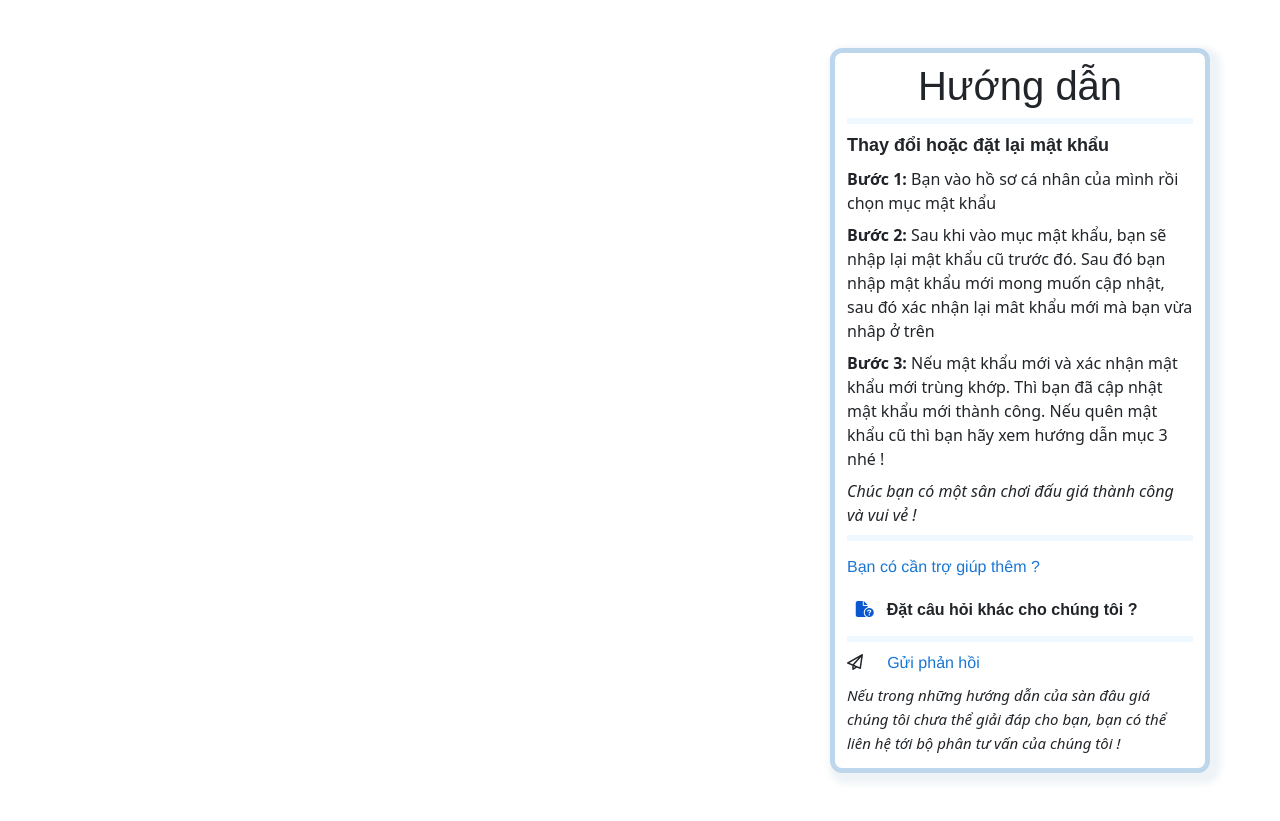
Repository: SonPhamThe/C0622G1-module5
Page: prototype--module6/guides/guide2.html
The author's editor kept a copy of each file at every save. The page is drawn from the files as they stood at one save, then again after the next save.
The browser window is 1280 px wide. The pictures show the whole page.
Some web libraries are served in a nearby version.

Above is the page before, as saved 2022-12-07 15:38:19.

After the next save:
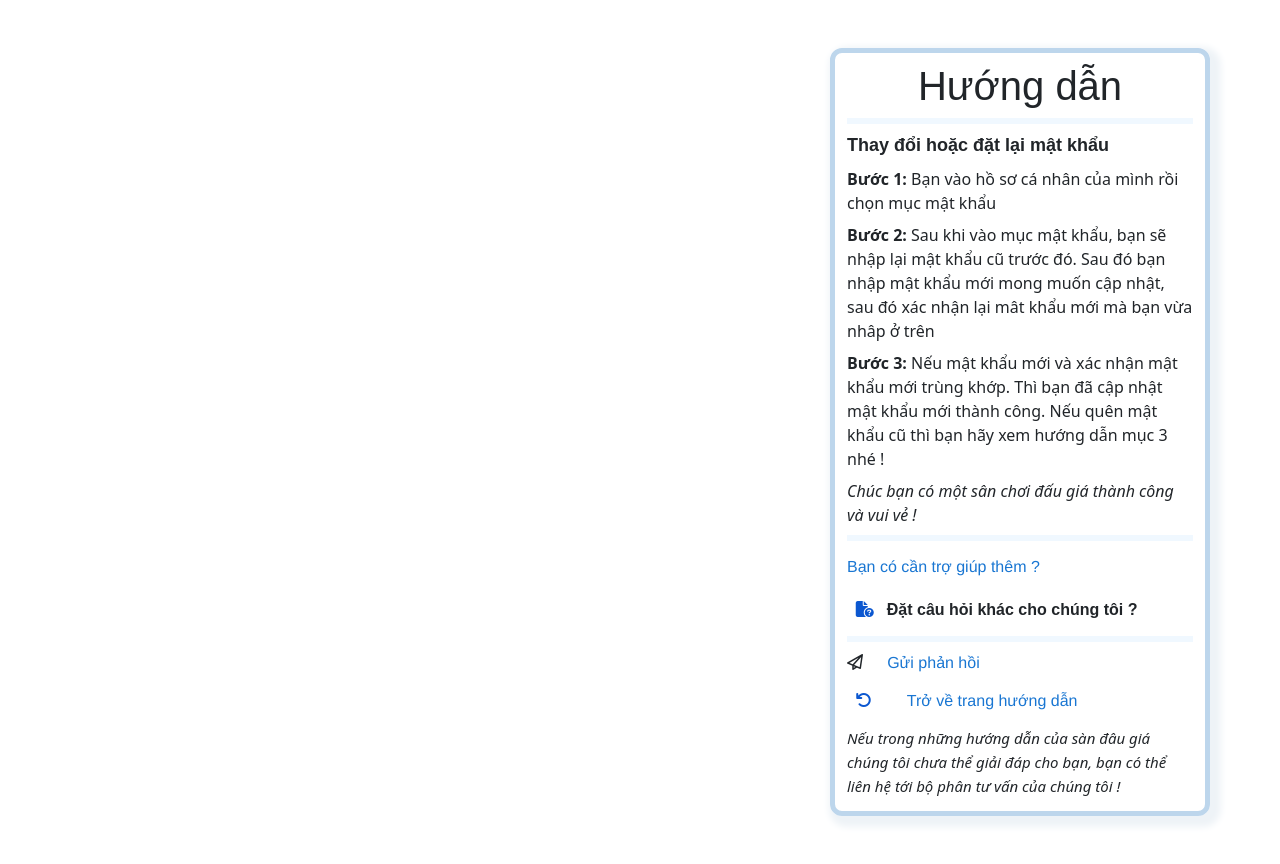
Saved 7 s later.
--- a/prototype--module6/guides/guide2.html
+++ b/prototype--module6/guides/guide2.html
@@ -119,7 +119,14 @@
                   Gửi phản hồi
                 </label>
               </div>
-              <div></div>
+              <div class="mb-2">
+                <i class="fa-solid fa-arrow-rotate-left"></i>
+                <label style="
+                color: #1976d2;
+                font-family: Helvetica;
+                margin-left: 20px;
+              ">Trở về trang hướng dẫn</label>
+              </div>
             </div>
           </form>
           <div class="mb-2">

After the save that followed:
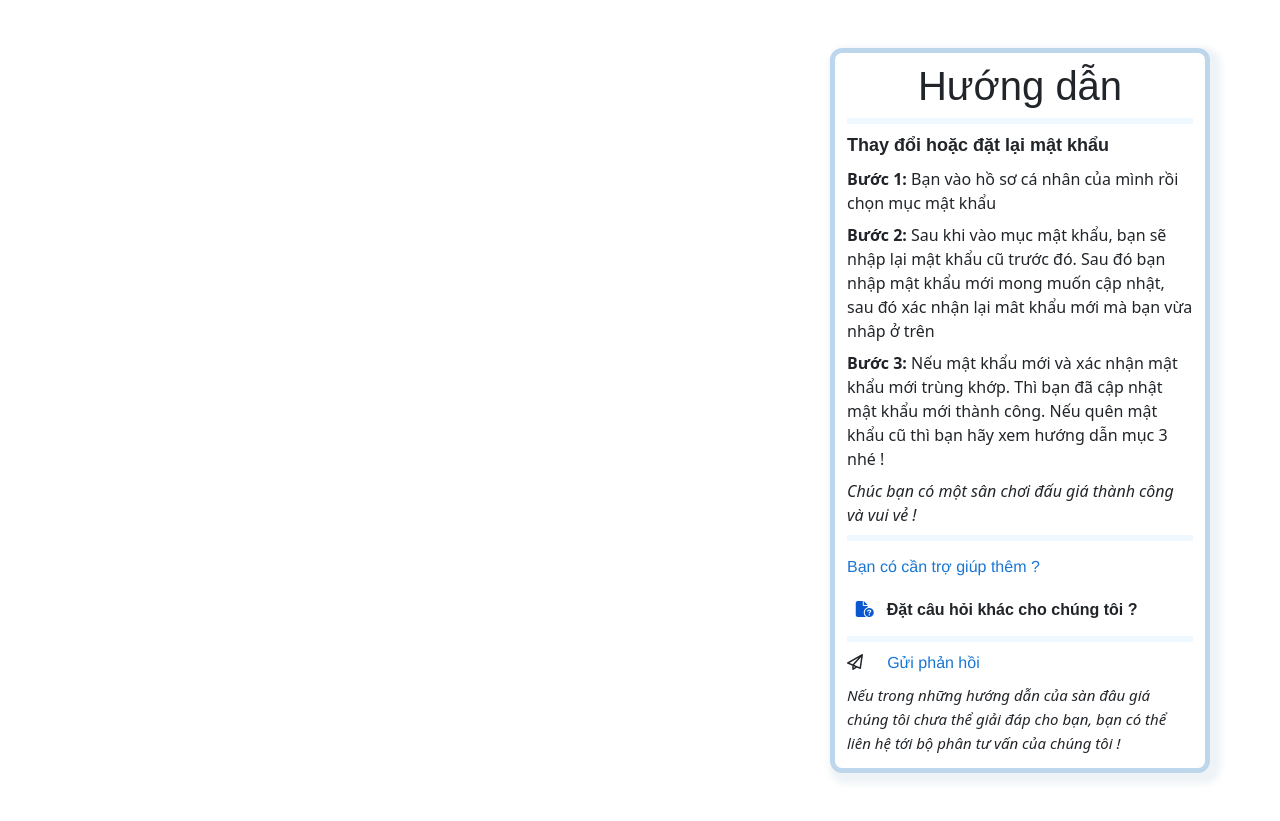
Saved 22 s later.
--- a/prototype--module6/guides/guide2.html
+++ b/prototype--module6/guides/guide2.html
@@ -119,14 +119,6 @@
                   Gửi phản hồi
                 </label>
               </div>
-              <div class="mb-2">
-                <i class="fa-solid fa-arrow-rotate-left"></i>
-                <label style="
-                color: #1976d2;
-                font-family: Helvetica;
-                margin-left: 20px;
-              ">Trở về trang hướng dẫn</label>
-              </div>
             </div>
           </form>
           <div class="mb-2">
